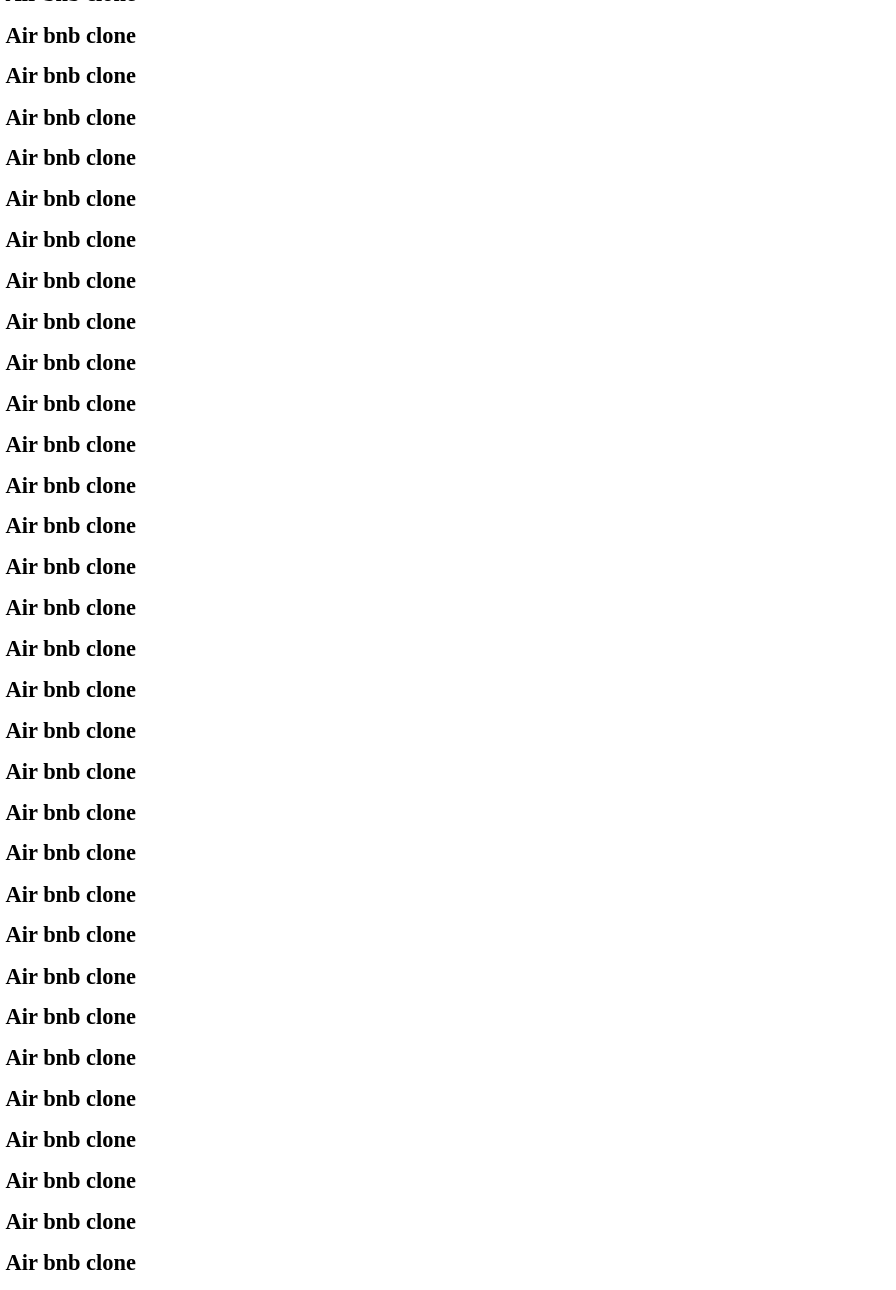
Repository: ahmadsaadkhan/Airbn-demo
Page: /
An editor plug-in stored every save of this project. The page is shown before and after the next save, followed by the edit.
The browser window is 1280 px wide. The pictures show the part of the page from y = 720 to 2620 px (the page is 2563 px tall before and 3831 px after), at 70% of full size.
The project was rebuilt for these pictures with package versions that can differ from the ones it lists, and the page was loaded fresh each time. The framework's server and built-in components were replaced by stand-ins that run in the browser. Also part of the build but not shown: next.config.js.

Above is the page before, as saved 2021-08-06 17:27:17.

### pages/index.js
import Head from 'next/head'
import Header from '../Components/Header'

export default function Home() {
  return (
    <div className="">
      <Head>
        <title>Air Bnb Clone</title>
        <link rel="icon" href="/favicon.ico" />
      </Head>
      <Header />
      <h1>Air bnb clone</h1>
      <h1>Air bnb clone</h1>
      <h1>Air bnb clone</h1>
      <h1>Air bnb clone</h1>
      <h1>Air bnb clone</h1>
      <h1>Air bnb clone</h1>
      <h1>Air bnb clone</h1>
      <h1>Air bnb clone</h1>
      <h1>Air bnb clone</h1>
      <h1>Air bnb clone</h1>
      <h1>Air bnb clone</h1>
      <h1>Air bnb clone</h1>
      <h1>Air bnb clone</h1>
      <h1>Air bnb clone</h1>
      <h1>Air bnb clone</h1>
      <h1>Air bnb clone</h1>
      <h1>Air bnb clone</h1>
      <h1>Air bnb clone</h1>
      <h1>Air bnb clone</h1>
      <h1>Air bnb clone</h1>
      <h1>Air bnb clone</h1>
      <h1>Air bnb clone</h1>
      <h1>Air bnb clone</h1>
      <h1>Air bnb clone</h1>
      <h1>Air bnb clone</h1>
      <h1>Air bnb clone</h1>
      <h1>Air bnb clone</h1>
      <h1>Air bnb clone</h1>
      <h1>Air bnb clone</h1>
      <h1>Air bnb clone</h1>
      <h1>Air bnb clone</h1>
      <h1>Air bnb clone</h1>
      <h1>Air bnb clone</h1>
      <h1>Air bnb clone</h1>
      <h1>Air bnb clone</h1>
      <h1>Air bnb clone</h1>
      <h1>Air bnb clone</h1>
      <h1>Air bnb clone</h1>
      <h1>Air bnb clone</h1>
      <h1>Air bnb clone</h1>
      <h1>Air bnb clone</h1>
      <h1>Air bnb clone</h1>
      <h1>Air bnb clone</h1>
    </div>
  )
}

### Components/Header.js
import Image from "next/image";
import  { SearchIcon } from '@heroicons/react/solid'

const Header = () => {
    return (
        <header className="sticky top-0 z-50 grid grid-col-3 bg-white shadow-md p-5 md:px-10">
            <div className="relative flex items-center h-10 cursor-pointer">
                <Image
                src="https://links.papareact.com/qd3"
                layout="fill"
                objectFit="contain"
                objectPosition="left"
                />
            </div>
            <div>
                <input type="text" placeholder="Search" />
            </div>
            <div></div>
        </header>
     );
}

export default Header;

Loaded but not shown: pages/_app.js (common file)

After the next save:
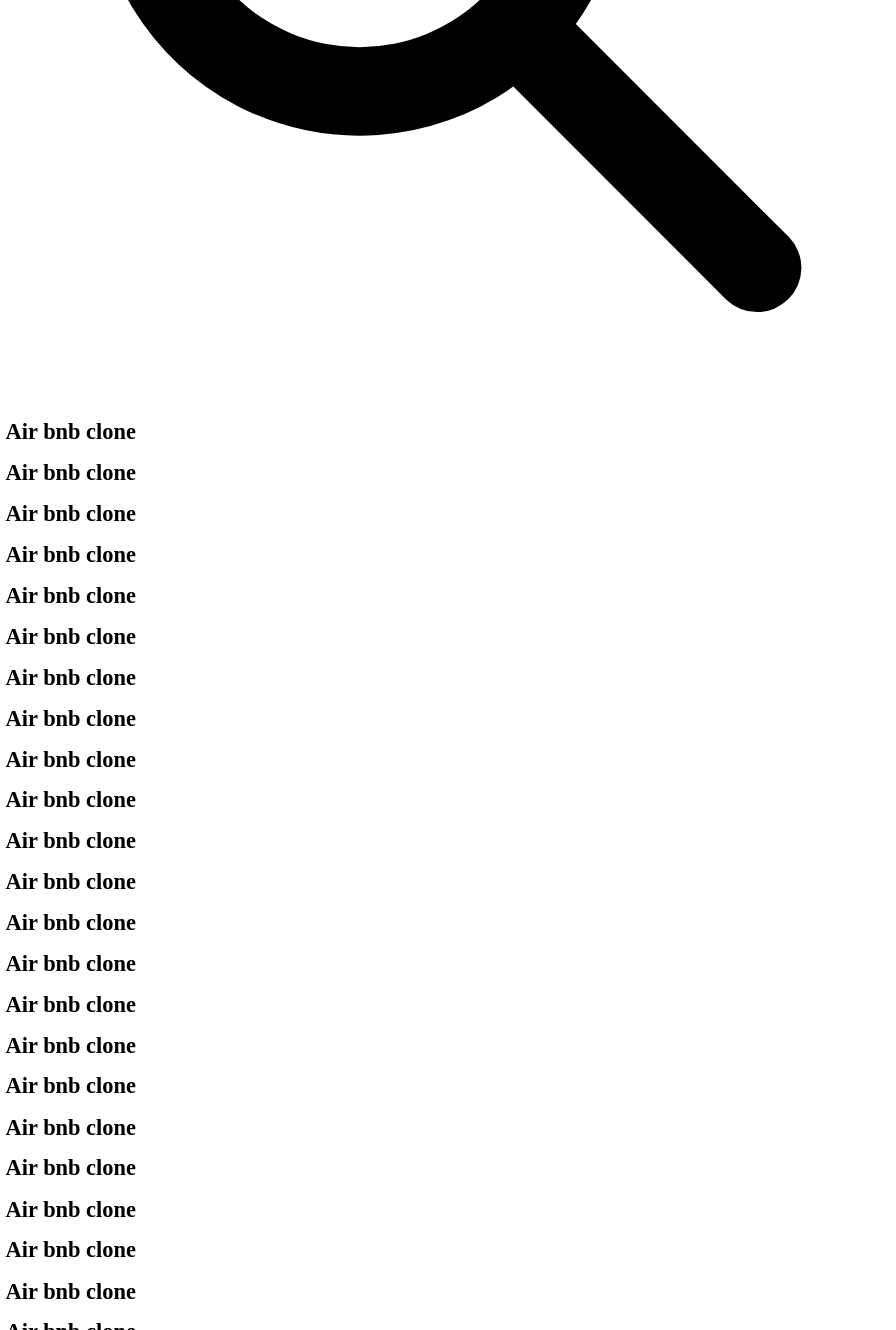
Saved 11 s later.
--- a/Components/Header.js
+++ b/Components/Header.js
@@ -14,6 +14,7 @@ const Header = () => {
             </div>
             <div>
                 <input type="text" placeholder="Search" />
+                <SearchIcon />
             </div>
             <div></div>
         </header>
